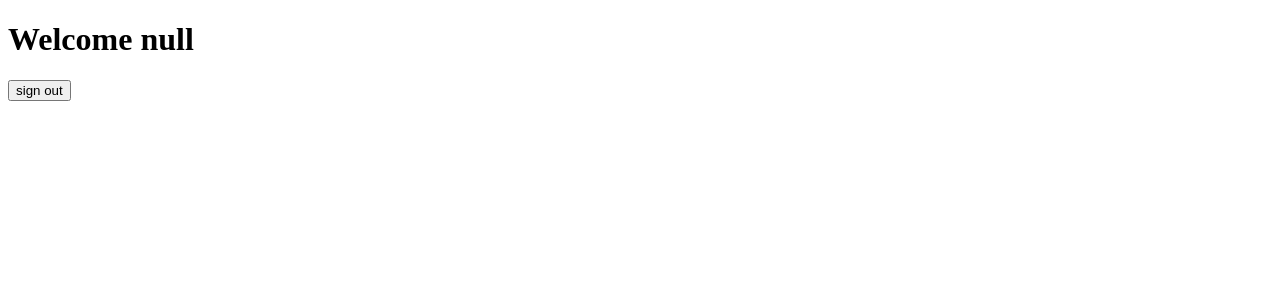
Repository: PoojaShirwaikar/BlockhainTest
Page: javascript/HTML5/WebContent/redirect.html
An editor plug-in stored every save of this project. The page is shown before and after the next save, followed by the edit.
The browser window is 1280 px wide. The pictures show the whole page.
Some web libraries are served in a nearby version.

Above is the page before, as saved 2017-11-16 05:52:11.

### javascript/HTML5/WebContent/redirect.html
<!DOCTYPE html>
<html>
<head>
<meta charset="ISO-8859-1">
<title>Insert title here</title>
<script src="https://code.jquery.com/jquery-3.2.1.js"></script>

</head>
<body>
	<h1 id="h"></h1>
	<button id="b2" onclick="check1()">sign out</button>

	<script>
		var name1 = localStorage.getItem('name');
		console.log(name1);
		$("h1").append(" Welcome " + name1);
	</script>



</body>
</html>

After the next save:
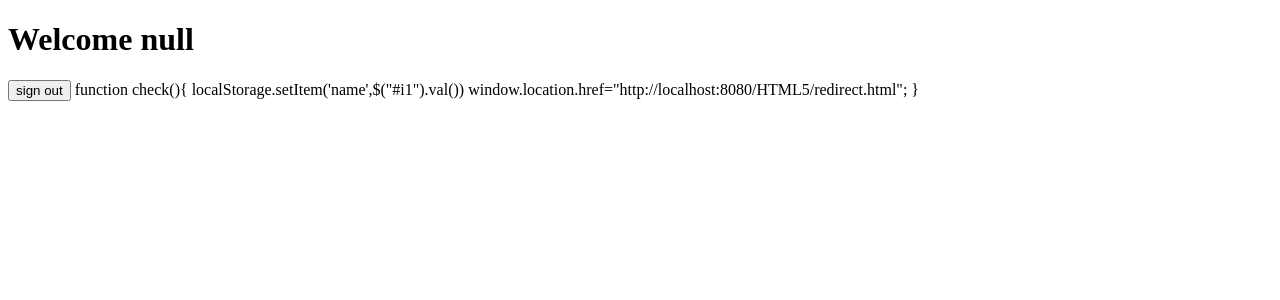
Saved 14 s later.
--- a/javascript/HTML5/WebContent/redirect.html
+++ b/javascript/HTML5/WebContent/redirect.html
@@ -9,6 +9,9 @@
 <body>
 	<h1 id="h"></h1>
 	<button id="b2" onclick="check1()">sign out</button>
+	function check(){ localStorage.setItem('name',$("#i1").val())
+	window.location.href="http://localhost:8080/HTML5/redirect.html"; }
+
 
 	<script>
 		var name1 = localStorage.getItem('name');

After the save that followed:
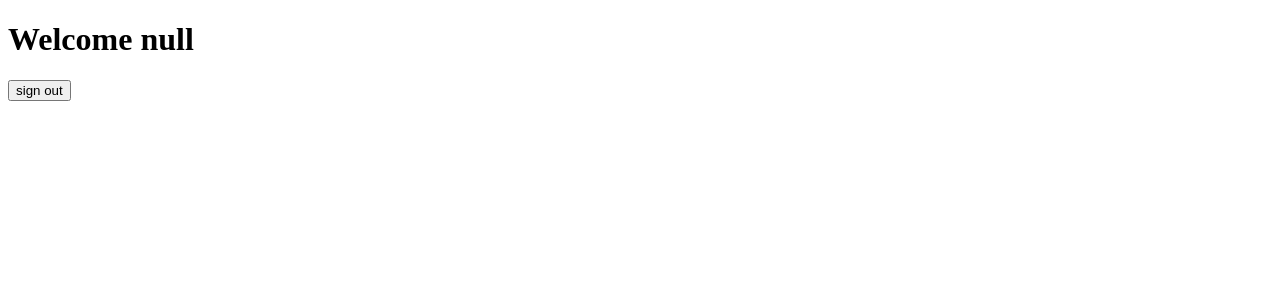
Saved 11 s later.
--- a/javascript/HTML5/WebContent/redirect.html
+++ b/javascript/HTML5/WebContent/redirect.html
@@ -9,14 +9,18 @@
 <body>
 	<h1 id="h"></h1>
 	<button id="b2" onclick="check1()">sign out</button>
-	function check(){ localStorage.setItem('name',$("#i1").val())
-	window.location.href="http://localhost:8080/HTML5/redirect.html"; }
+
 
 
 	<script>
 		var name1 = localStorage.getItem('name');
 		console.log(name1);
 		$("h1").append(" Welcome " + name1);
+
+		function check() {
+			localStorage.setItem('name', $("#i1").val())
+			window.location.href = "http://localhost:8080/HTML5/redirect.html";
+		}
 	</script>
 
 
